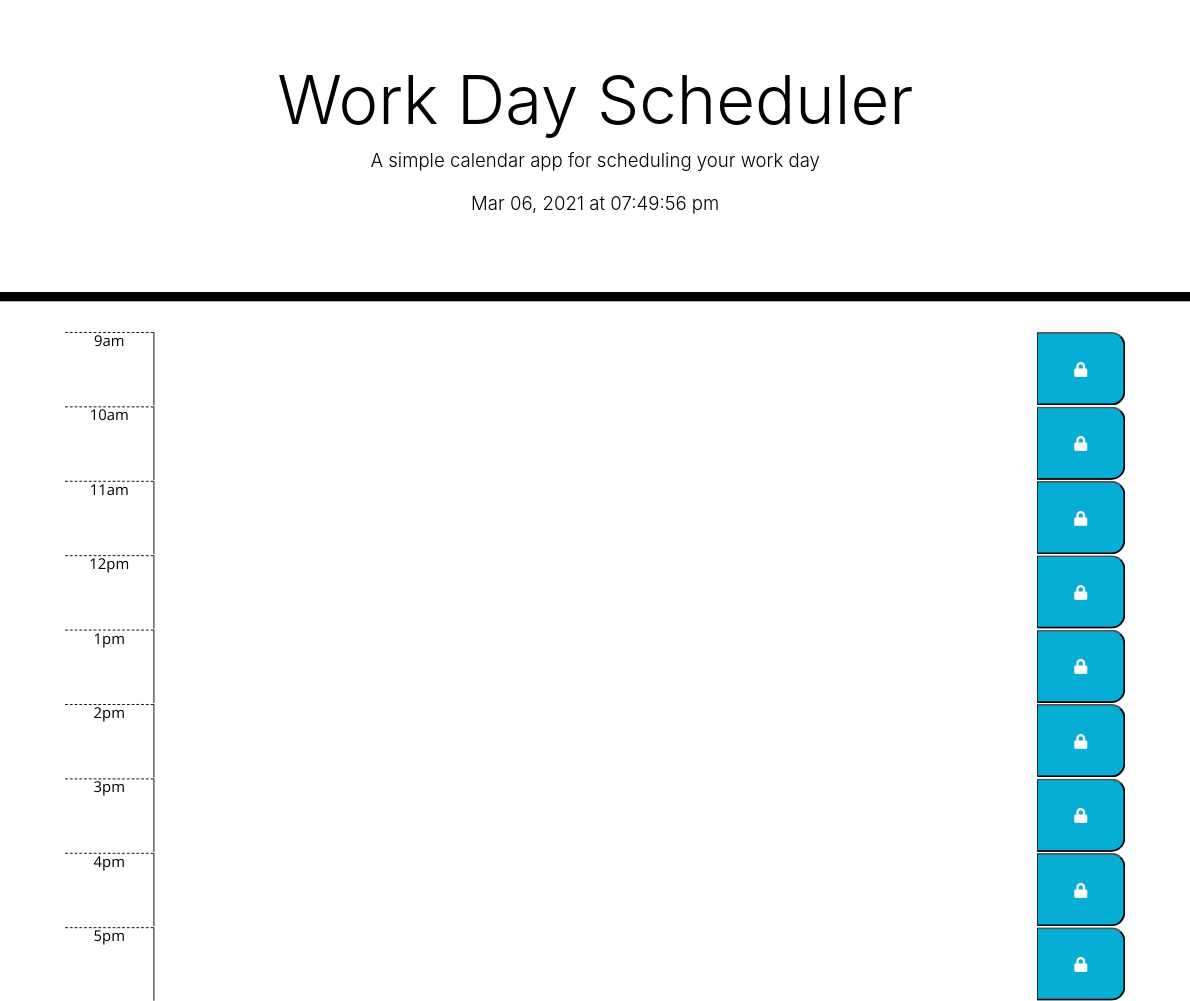
Repository: ziffoit/Work-Day_Scheduler
Page: Develop/index.html
The author's editor kept a copy of each file at every save. The page is drawn from the files as they stood at one save, then again after the next save.
The browser window is 1280 px wide. The pictures show the whole page, at 93% of full size.
Some web libraries are served in a nearby version.

Above is the page before, as saved 2021-03-17 21:05:42.

After the next save:
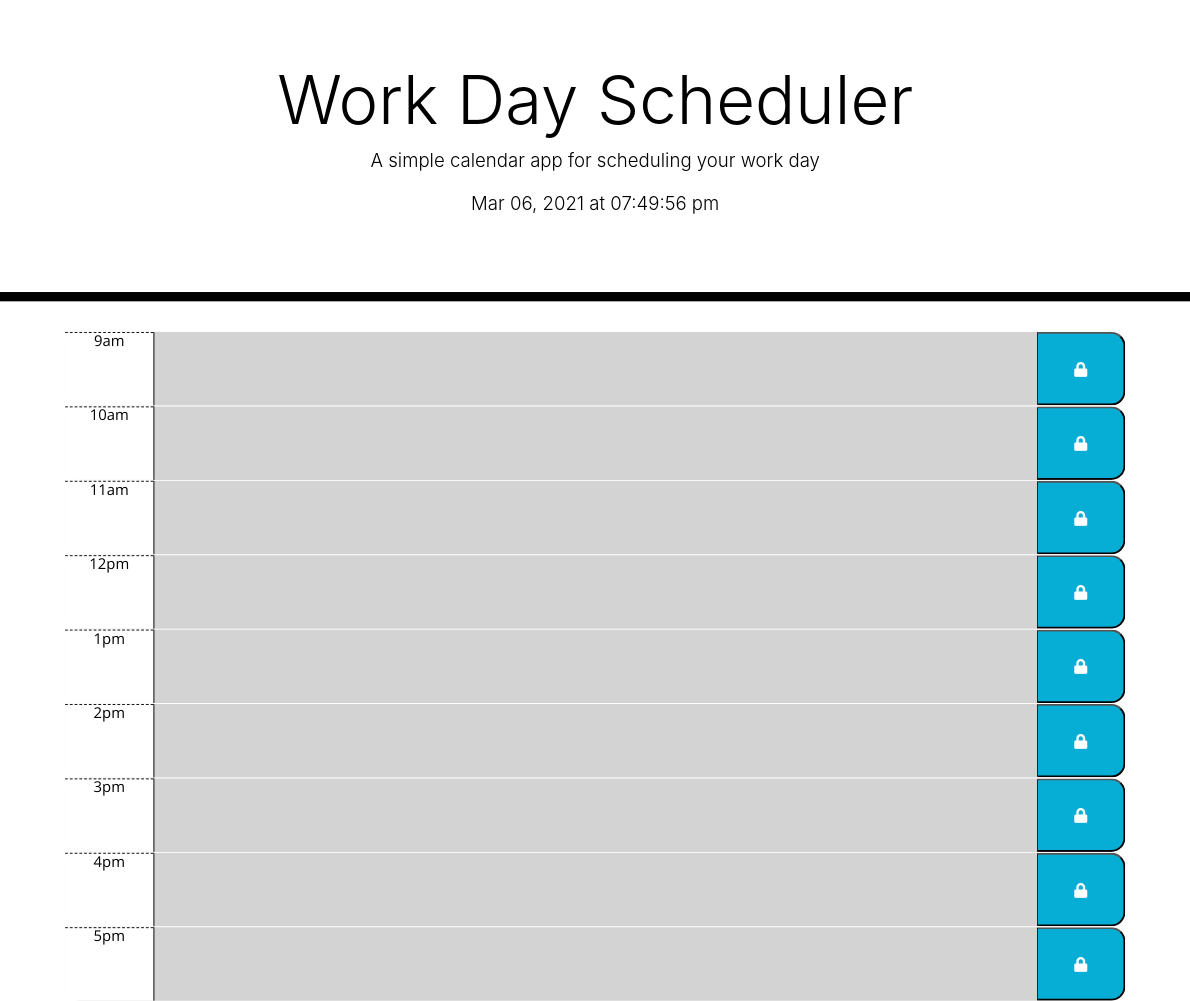
Saved 14 min 3 s later.
--- a/Develop/script.js
+++ b/Develop/script.js
@@ -14,7 +14,7 @@ function dateAndTime() {
 setInterval(dateAndTime, 1000)
 
 function savedSchedule() {
-    $('.time-block').each(function() {
+    timeBlock.each(function() {
         var id = $(this).attr('id')
         var task = localStorage.getItem(id)
         if (task != 'null') {
@@ -33,4 +33,16 @@ saveBtn.on('click', function() {
 
 function colorChange() {
     currentTime = today.hours()
+    timeBlock.each(function() {
+        var currentHour = parseInt($(this).attr('id'))
+        if (currentHour > currentTime) {
+            $(this).addClass('future')
+        } else if (currentHour === currentTime) {
+            $(this).addClass('present')
+        } else {
+            $(this).addClass('past')
+        }
+    })
 }
+
+colorChange()
